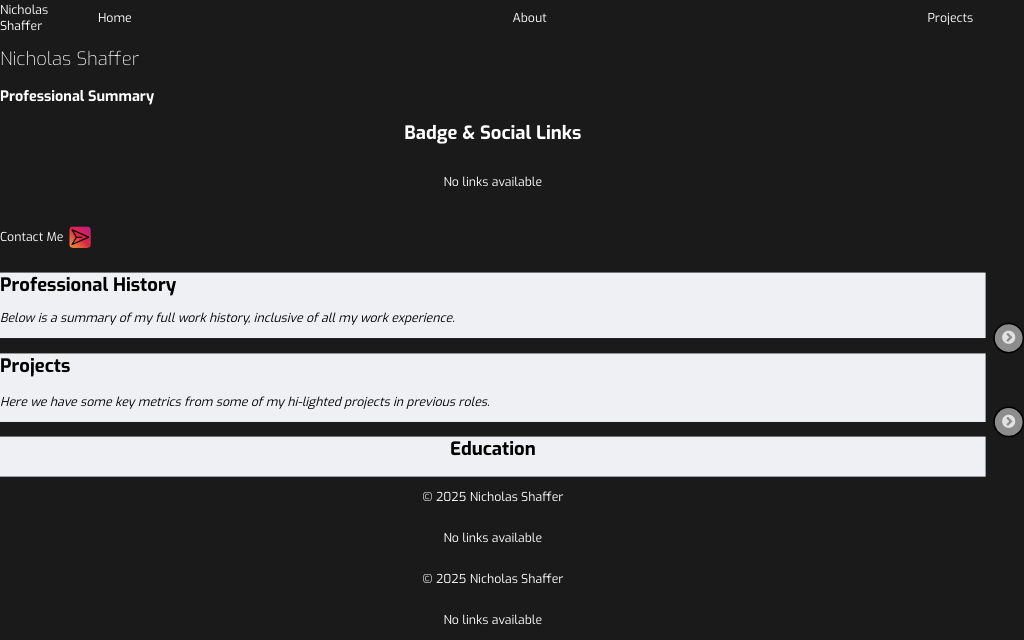
Repository: ShafferNick/nicholas_portfolio
Page: /
These files come from the project's save history. The page is drawn as it stood at one moment and after the next save; the edit follows.
The browser window is 1280 px wide. The page is 1330 px wide, so the pictures cover 1330 px, including what lies to the right of the window. The pictures show the whole page, at 77% of full size.
The page's requests for data from a server got no answer. The project was rebuilt for these pictures with package versions that can differ from the ones it lists, and the page was loaded fresh each time. The framework's server and built-in components were replaced by stand-ins that run in the browser. No one was signed in, and anything a server would have sent is missing. Also part of the build but not shown: next.config.ts, src/app/components/Contact.tsx.

Above is the page before, as saved 2025-03-19 14:08:20.

### src/app/layout.tsx
import './globals.css';
import type { Metadata } from 'next';
import ContactWrapper from './components/ContactWrapper';
import FooterClient from './components/FooterClient';

export const metadata: Metadata = {
  title: 'Create Next App',
  description: 'Generated by create next app',
};

export default function RootLayout({
  children,
}: {
  children: React.ReactNode;
}) {
  return (
    <html lang="en">
      <body>
        <ContactWrapper>
          {children}
          <FooterClient links={[]} />
        </ContactWrapper>
      </body>
    </html>
  );
}

### src/app/page.tsx
import { client } from '@/app/sanityClient';
import Image from 'next/image';
import Hero from './components/Hero';
import Links from './components/Links';
import ProfessionalHistory from './components/ProfessionalHistory';
import Projects from './components/Projects';
import Education from './components/Education';
import ContactMe from './components/ContactMe';
import FooterClient from './components/FooterClient';
import { SanityImageSource } from '@/app/types/sanity-types';

type Job = {
  _id: string;
  title: string;
  dates: { startDate: string; endDate: string | null };
  description: string[];
  location: string;
  companyLogo?: SanityImageSource;
};

type Project = {
  _id: string;
  title: string;
  timeline: { startDate: string; endDate: string | null };
  summary: string;
  description: string[];
};

type Profile = {
  _id: string;
  summary: string;
};

type Link = {
  _id: string;
  title: string;
  url: string;
  icon: string;
};

type EducationEntry = {
  _id: string;
  institution: string;
  major: string;
  gpa: number;
  activities: string[];
  dates: { startDate: string; endDate: string | null };
};

async function getData() {
  try {
    const profile = await client.fetch<Profile[]>(`*[_type == "profile"]`);
    const jobs = await client.fetch<Job[]>(
      `*[_type == "job"] {
        _id,
        title,
        dates,
        description,
        location,
        companyLogo {
          ...,
          asset->
        }
      } | order(dates.startDate desc)`
    );
    const projects = await client.fetch<Project[]>(
      `*[_type == "project"] {
        _id,
        title,
        timeline,
        summary,
        description
      } | order(timeline.startDate desc)`
    );
    const links = await client.fetch<Link[]>(`*[_type == "link"]`);
    const education = await client.fetch<EducationEntry[]>(
      `*[_type == "education"] {
        _id,
        institution,
        major,
        gpa,
        activities,
        dates
      } | order(dates.startDate desc)`
    );
    console.log('Fetched links in getData:', links);
    console.log('Fetched education in getData:', education);
    return { profile: profile[0], jobs, projects, links, education };
  } catch (error) {
    console.error('Error fetching data from Sanity:', error);
    return { profile: { _id: '', summary: '' }, jobs: [], projects: [], links: [], education: [] };
  }
}

export default async function Home() {
  const data = await getData();
  const { profile, jobs, projects, links, education } = data;

  console.log('Links in Home (before rendering):', links);
  console.log('Education in Home (before rendering):', education);

  const safeLinks = Array.isArray(links) ? links : [];

  return (
    <>
      {/* Hero Section */}
      <Hero summary={profile.summary} />

      {/* Badge & Social Links Section */}
      <Links links={safeLinks} />

      {/* Contact Me Section */}
      <ContactMe />

      {/* Professional History Section */}
      <ProfessionalHistory jobs={jobs} />

      {/* Projects Section */}
      <Projects projects={projects} />

      {/* Education Section */}
      <Education education={education} />

      {/* Footer Section */}
      <FooterClient links={safeLinks} />
    </>
  );
}

### src/app/components/ContactWrapper.tsx
'use client';
import React, { useState } from 'react';
import NavbarClient from './NavbarClient';
import ContactMe from './ContactMe';
import Contact from './Contact';

type ContactWrapperProps = {
  children: React.ReactNode;
};

export default function ContactWrapper({ children }: ContactWrapperProps) {
  const [isFormOpen, setIsFormOpen] = useState(false);

  const openForm = () => {
    console.log('Opening form'); // Debug log
    setIsFormOpen(true);
  };

  const closeForm = () => {
    console.log('Closing form'); // Debug log
    setIsFormOpen(false);
  };

  return (
    <>
      <NavbarClient onContactClick={openForm} />
      <ContactMe onContactClick={openForm} />
      {children}
      {isFormOpen && (
        <div className="fixed inset-0 z-50 flex items-center justify-center bg-black bg-opacity-70">
          <div className="relative bg-white p-6 rounded-lg shadow-lg w-full max-w-md mx-4">
            <Contact onClose={closeForm} />
          </div>
        </div>
      )}
    </>
  );
}

### src/app/components/FooterClient.tsx
'use client';
import Links from './Links';

type Link = {
  _id: string;
  title: string;
  url: string;
  icon: string;
};

type FooterClientProps = {
  links?: Link[];
};

export default function FooterClient({ links = [] }: FooterClientProps) {
  console.log('Links in FooterClient:', links); // Debug log
  return (
    <footer className="bg-gray-800 text-white py-6 text-center w-full">
      <div className="flex flex-col items-center gap-4">
        <p>© 2025 Nicholas Shaffer</p>
        <Links links={links} isFooter={true} />
      </div>
    </footer>
  );
}

### src/app/sanityClient.ts
import { createClient } from '@sanity/client';

console.log('Project ID:', process.env.NEXT_PUBLIC_SANITY_PROJECT_ID);
console.log('Dataset:', process.env.NEXT_PUBLIC_SANITY_DATASET);

if (!process.env.NEXT_PUBLIC_SANITY_PROJECT_ID) {
  throw new Error('NEXT_PUBLIC_SANITY_PROJECT_ID is not set. Check .env.local or Vercel env variables.');
}

export const client = createClient({
  projectId: process.env.NEXT_PUBLIC_SANITY_PROJECT_ID,
  dataset: process.env.NEXT_PUBLIC_SANITY_DATASET || 'production',
  apiVersion: '2023-05-03', // Fixed to a valid version
  useCdn: true,
});

### src/app/components/Hero.tsx
import React from 'react';

type HeroProps = {
  summary: string;
};

export default function Hero({ summary }: HeroProps) {
    return (
        <section className="hero-custom-black py-20 md:py-28 text-left animate-slide-in">
            <div className="max-w-4xl mx-auto px-8 md:px-12">
                <h1 className="text-5xl md:text-6xl font-extralight mb-6" style={{ fontWeight: 200 }}>
                    Nicholas Shaffer
                </h1>
                <div className="max-w-2xl mb-8">
                    <h3 className="text-lg md:text-xl font-bold mb-4" style={{ fontWeight: 700 }}>
                        Professional Summary
                    </h3>
                    <p className="text-base md:text-lg leading-relaxed font-extralight" style={{ fontWeight: 200 }}>
                        {summary}
                    </p>
                </div>
            </div>
        </section>
    );
}

### src/app/components/ProfessionalHistory.tsx
'use client';
import React from 'react';
import Slider from 'react-slick';
import Image from 'next/image';
import { urlFor } from '@/app/sanityImageUrl'; // Updated to match subdirectory
import { SanityImageSource } from '@/app/types/sanity-types';

type Job = {
  _id: string;
  title: string;
  dates: { startDate: string; endDate: string | null };
  description: string[];
  location: string;
  companyLogo?: SanityImageSource;
};

type ProfessionalHistoryProps = {
  jobs: Job[];
};

export default function ProfessionalHistory({ jobs }: ProfessionalHistoryProps) {
  const settings = {
    dots: true,
    infinite: true,
    speed: 500,
    slidesToShow: 1,
    slidesToScroll: 1,
    arrows: true,
    responsive: [
      {
        breakpoint: 768,
        settings: {
          slidesToShow: 1,
          slidesToScroll: 1,
          arrows: false,
        },
      },
    ],
  };



  return (
    <section className="professional-history-section py-16 bg-[#EFF0F3] animate-slide-in w-full professional-history-spacing">
      <div className="max-w-4xl mx-auto">
        <h2 className="text-5xl md:text-6xl font-bold text-left pt-8 md:pt-12">Professional History</h2>
        <p className="text-sm italic">Below is a summary of my full work history, inclusive of all my work experience.</p>
        <Slider {...settings}>
          {jobs.map((job) => (
            <div key={job._id} className="px-2">
              <div className="bg-white shadow-lg rounded-lg p-6 flex flex-col min-h-[500px] transition-transform duration-300 hover:shadow-xl">
                <div className="flex-1">
                  <h3 className="text-xl md:text-2xl font-bold mb-2">{job.title}</h3>
                  <p className="mb-2 text-sm italic">
                    {job.dates.startDate} - {job.dates.endDate || 'Present'} | {job.location}
                  </p>
                  <ul className="list-disc list-inside text-sm space-y-2 mb-4">
                    {job.description.map((bullet, index) => (
                      <li key={index}>{bullet}</li>
                    ))}
                  </ul>
                  <div className="flex justify-center mt-auto">
                    {job.companyLogo ? (
                      <Image
                        src={urlFor(job.companyLogo).fit('max').width(200).url()}
                        alt={`${job.title} company logo`}
                        width={200}
                        height={200}
                        unoptimized={true}
                        className="object-contain"
                        style={{ maxHeight: '120px' }}
                      />
                    ) : (
                      <div className="h-32 w-32 bg-gray-300 rounded-lg"></div>
                    )}
                  </div>
                </div>
              </div>
            </div>
          ))}
        </Slider>
      </div>
    </section>
  );
}

### src/app/components/Projects.tsx
'use client';
import React from 'react';
import Slider from 'react-slick';
import Image from 'next/image';
import { urlFor } from '@/app/sanityImageUrl';
import { SanityImageSource } from '@/app/types/sanity-types';

type Project = {
  _id: string;
  title: string;
  timeline: { startDate: string; endDate: string | null };
  summary: string;
  description: string[];
};

type ProjectsProps = {
  projects: Project[];
};

export default function Projects({ projects }: ProjectsProps) {
  const settings = {
    dots: true,
    infinite: true,
    speed: 500,
    slidesToShow: 1,
    slidesToScroll: 1,
    arrows: true,
    responsive: [
      {
        breakpoint: 768,
        settings: {
          slidesToShow: 1,
          slidesToScroll: 1,
          arrows: false,
        },
      },
    ],
  };

  return (
    <section className="projects-section py-16 bg-[#EFF0F3] text-black animate-slide-in w-full">
      <div className="max-w-4xl mx-auto">
              <h2 className="text-5xl md:text-6xl font-bold text-left pt-8 md:pt-12">Projects</h2>
              <p className="text-sm italic">Here we have some key metrics from some of my hi-lighted projects in previous roles.</p>
        <Slider {...settings}>
          {projects.map((project) => (
            <div key={project._id} className="px-2">
              <div className="bg-gray-200 shadow-lg rounded-lg p-6 flex flex-col min-h-[400px] transition-transform duration-300 hover:shadow-xl">
                <div className="flex-1">
                  <h3 className="text-xl md:text-2xl font-medium mb-2">{project.title}</h3>
                  <p className="mb-2 text-sm italic">
                    {project.timeline.startDate} - {project.timeline.endDate || 'Present'}
                  </p>
                  <p className="text-gray-600 mb-4">{project.summary}</p>
                  <ul className="list-disc list-inside text-sm space-y-2 mb-6">
                    {project.description.map((desc, index) => (
                      <li key={index} className="leading-relaxed">
                        {desc}
                      </li>
                    ))}
                  </ul>
                </div>
                <div className="flex justify-center mt-auto">
                  {/* Placeholder for project image - you can add an image field to the schema if desired */}
                  <div className="w-32 h-32 bg-gray-300 rounded-lg"></div>
                </div>
              </div>
            </div>
          ))}
        </Slider>
      </div>
    </section>
  );
}

### src/app/components/Education.tsx
'use client';
import React from 'react';

type EducationEntry = {
  _id: string;
  institution: string;
  major: string;
  gpa: number;
  activities: string[];
  dates: { startDate: string; endDate: string | null };
};

type EducationProps = {
  education: EducationEntry[];
};

export default function Education({ education }: EducationProps) {
  return (
    <section className="education-section py-16 bg-[#EFF0F3] text-black animate-slide-in w-full">
      <div className="max-w-4xl mx-auto">
        <h2 className="text-3xl md:text-4xl font-bold mb-12 text-center">Education</h2>
        <div className="bg-white shadow-lg rounded-lg p-6">
          <div className="grid grid-cols-1 md:grid-cols-2 gap-8">
            {education.map((entry) => (
              <div key={entry._id} className="flex flex-col">
                <h3 className="text-xl md:text-2xl font-bold mb-2">{entry.institution}</h3>
                <p className="mb-2 text-sm italic">
                  {entry.major} | {entry.dates.startDate} - {entry.dates.endDate || 'Present'}
                </p>
                <p className="text-sm mb-2">GPA: {entry.gpa}</p>
                <ul className="list-disc list-inside text-sm space-y-2">
                  {entry.activities.map((activity, index) => (
                    <li key={index} className="leading-relaxed">
                      {activity}
                    </li>
                  ))}
                </ul>
              </div>
            ))}
          </div>
        </div>
      </div>
    </section>
  );
}

### src/app/components/ContactMe.tsx
'use client';
import React from 'react';
import Image from 'next/image';

type ContactMeProps = {
  onContactClick: () => void;
};

export default function ContactMe({ onContactClick }: ContactMeProps) {
  return (
    <section className="contact-section">
      <div className="max-w-4xl mx-auto">
        <div className="contact-me cursor-pointer" onClick={onContactClick}>
          <span>Contact Me</span>
          <Image
            src="/paper-plane-svgrepo-com.svg"
            alt="Contact Icon"
            width={24}
            height={24}
            className="contact-icon"
          />
        </div>
      </div>
    </section>
  );
}

### src/app/components/NavbarClient.tsx
'use client';
import React, { useState } from 'react';
import Link from 'next/link';
import { usePathname } from 'next/navigation';

type NavbarClientProps = {
  onContactClick: () => void;
};

export default function NavbarClient({ onContactClick }: NavbarClientProps) {
  const [isMobileMenuOpen, setIsMobileMenuOpen] = useState(false);
  const pathname = usePathname();

  const navLinks = [
    { name: 'Home', href: '/' },
    { name: 'About', href: '/about' },
    { name: 'Projects', href: '/projects' },
    // Removed Contact link from navbar
  ];

  const toggleMobileMenu = () => {
    setIsMobileMenuOpen(!isMobileMenuOpen);
  };

  return (
    <nav className="bg-[#1A1A1A] text-white p-4 fixed w-full top-0 z-50">
      <div className="max-w-4xl mx-auto flex justify-between items-center">
        <div className="text-lg font-bold">Nicholas Shaffer</div>

        {/* Desktop Menu */}
        <div className="desktop-menu hidden md:flex space-x-4">
          {navLinks.map((link) => (
            <Link
              key={link.name}
              href={link.href}
              className={`nav-link ${pathname === link.href ? 'active-link' : ''}`}
            >
              {link.name}
            </Link>
          ))}
        </div>

        {/* Mobile Menu Toggle */}
        <div className="mobile-menu-toggle md:hidden">
          <button onClick={toggleMobileMenu} aria-label="Toggle mobile menu">
            <span className="block w-6 h-0.5 bg-white mb-1.5"></span>
            <span className="block w-6 h-0.5 bg-white mb-1.5"></span>
            <span className="block w-6 h-0.5 bg-white"></span>
          </button>
        </div>

        {/* Mobile Menu */}
        <div
          className={`mobile-menu md:hidden fixed top-0 right-0 w-3/4 h-full bg-gray-900 p-4 transform transition-transform duration-300 ${
            isMobileMenuOpen ? 'translate-x-0' : 'translate-x-full'
          }`}
        >
          <button
            onClick={toggleMobileMenu}
            className="close-button text-white text-2xl"
            aria-label="Close mobile menu"
          >
            ×
          </button>
          <div className="flex flex-col space-y-4 mt-12">
            {navLinks.map((link) => (
              <Link
                key={link.name}
                href={link.href}
                className={`text-white text-lg ${pathname === link.href ? 'active-link' : ''}`}
                onClick={() => toggleMobileMenu()}
              >
                {link.name}
              </Link>
            ))}
          </div>
        </div>
      </div>
    </nav>
  );
}

### src/app/sanityImageUrl.ts
import imageUrlBuilder from '@sanity/image-url';
import { client } from '@/app/sanityClient';
import { SanityImageSource } from '@/app/types/sanity-types'; // Should resolve to src/types/sanity-types.ts

const builder = imageUrlBuilder(client);

export function urlFor(source: SanityImageSource) {
  return builder.image(source);
}

Loaded but not shown: src/app/globals.css (529 lines, source omitted); src/app/components/Links.tsx (128 lines, source omitted)

After the next save:
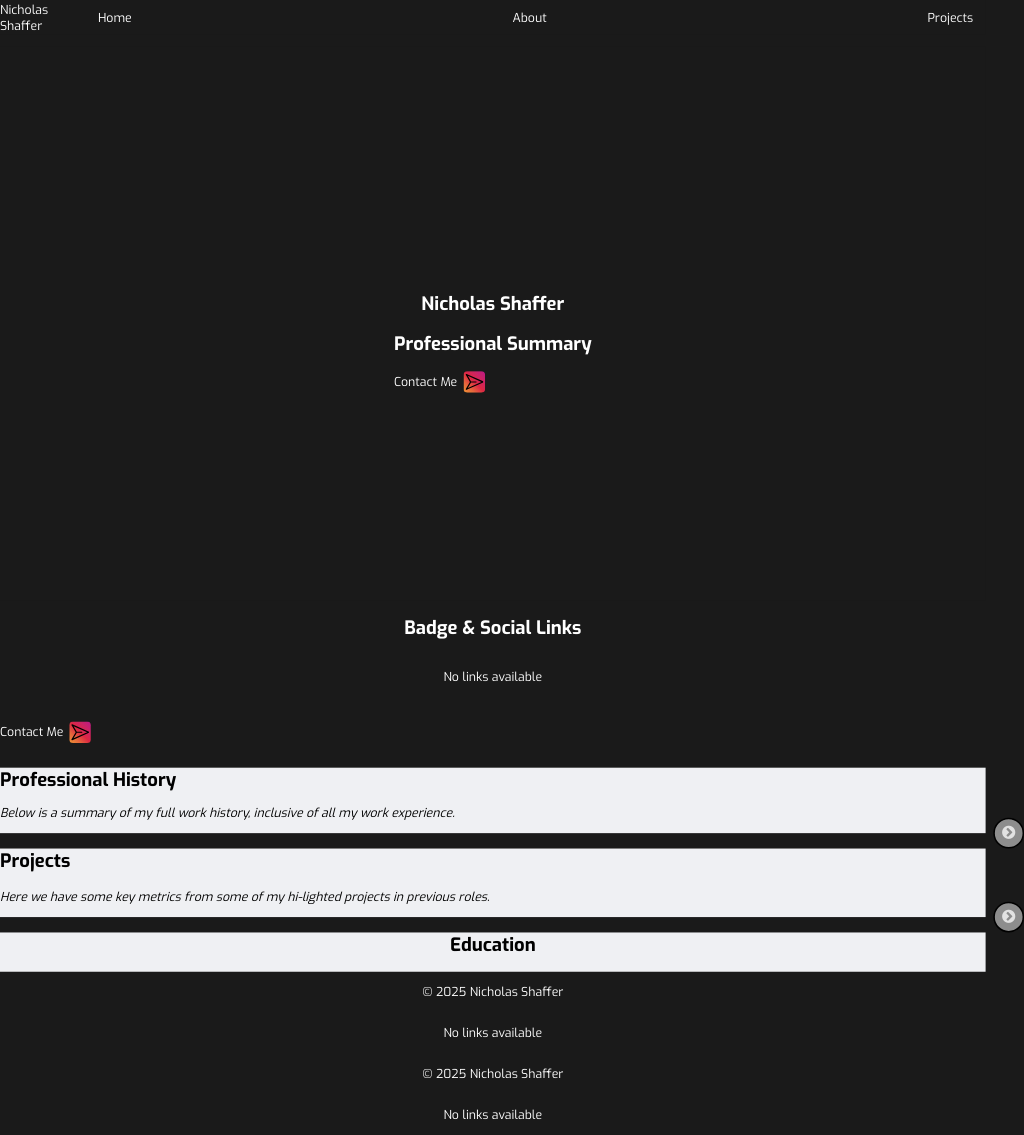
Saved 20 s later.
--- a/src/app/components/Hero.tsx
+++ b/src/app/components/Hero.tsx
@@ -1,25 +1,24 @@
+'use client';
 import React from 'react';
+import ContactMe from './ContactMe';
 
 type HeroProps = {
   summary: string;
+  onContactClick: () => void;
 };
 
-export default function Hero({ summary }: HeroProps) {
-    return (
-        <section className="hero-custom-black py-20 md:py-28 text-left animate-slide-in">
-            <div className="max-w-4xl mx-auto px-8 md:px-12">
-                <h1 className="text-5xl md:text-6xl font-extralight mb-6" style={{ fontWeight: 200 }}>
-                    Nicholas Shaffer
-                </h1>
-                <div className="max-w-2xl mb-8">
-                    <h3 className="text-lg md:text-xl font-bold mb-4" style={{ fontWeight: 700 }}>
-                        Professional Summary
-                    </h3>
-                    <p className="text-base md:text-lg leading-relaxed font-extralight" style={{ fontWeight: 200 }}>
-                        {summary}
-                    </p>
-                </div>
-            </div>
-        </section>
-    );
+export default function Hero({ summary, onContactClick }: HeroProps) {
+  return (
+    <section className="hero-custom-black min-h-screen flex items-center justify-center relative">
+      <div className="max-w-4xl mx-auto text-center">
+        <h1 className="text-5xl md:text-6xl font-bold mb-4">Nicholas Shaffer</h1>
+        <h2 className="text-2xl md:text-3xl mb-6">Professional Summary</h2>
+        <p className="text-lg md:text-xl mb-8">{summary}</p>
+        {/* Contact Me button in the bottom left */}
+        <div className="absolute bottom-8 left-8">
+          <ContactMe onContactClick={onContactClick} />
+        </div>
+      </div>
+    </section>
+  );
 }

After the save that followed:
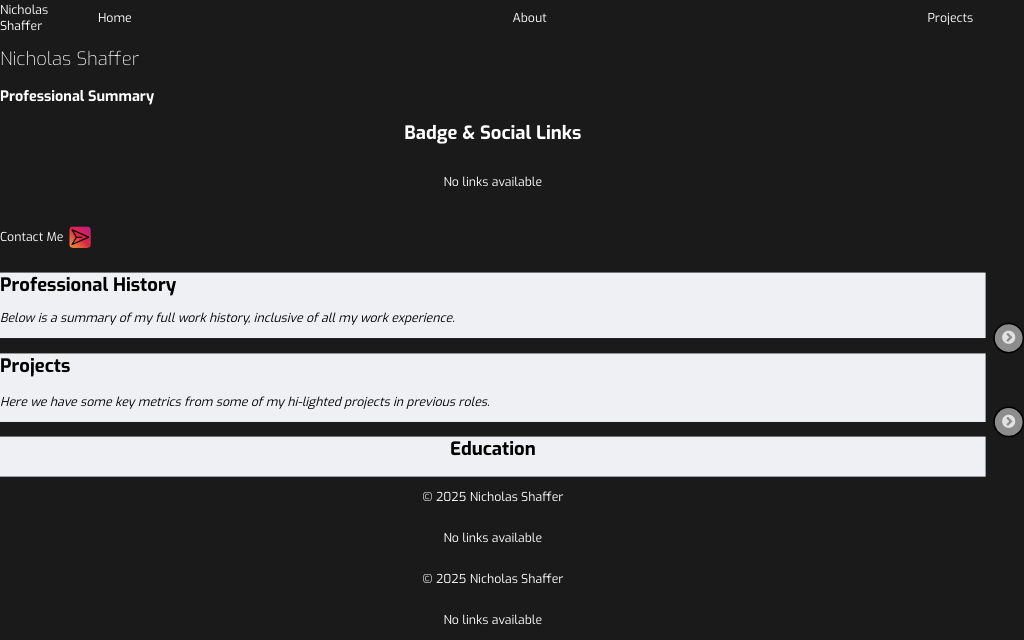
Saved 25 s later.
--- a/src/app/components/Hero.tsx
+++ b/src/app/components/Hero.tsx
@@ -1,24 +1,25 @@
-'use client';
 import React from 'react';
-import ContactMe from './ContactMe';
 
 type HeroProps = {
   summary: string;
-  onContactClick: () => void;
 };
 
-export default function Hero({ summary, onContactClick }: HeroProps) {
-  return (
-    <section className="hero-custom-black min-h-screen flex items-center justify-center relative">
-      <div className="max-w-4xl mx-auto text-center">
-        <h1 className="text-5xl md:text-6xl font-bold mb-4">Nicholas Shaffer</h1>
-        <h2 className="text-2xl md:text-3xl mb-6">Professional Summary</h2>
-        <p className="text-lg md:text-xl mb-8">{summary}</p>
-        {/* Contact Me button in the bottom left */}
-        <div className="absolute bottom-8 left-8">
-          <ContactMe onContactClick={onContactClick} />
-        </div>
-      </div>
-    </section>
-  );
+export default function Hero({ summary }: HeroProps) {
+    return (
+        <section className="hero-custom-black py-20 md:py-28 text-left animate-slide-in">
+            <div className="max-w-4xl mx-auto px-8 md:px-12">
+                <h1 className="text-5xl md:text-6xl font-extralight mb-6" style={{ fontWeight: 200 }}>
+                    Nicholas Shaffer
+                </h1>
+                <div className="max-w-2xl mb-8">
+                    <h3 className="text-lg md:text-xl font-bold mb-4" style={{ fontWeight: 700 }}>
+                        Professional Summary
+                    </h3>
+                    <p className="text-base md:text-lg leading-relaxed font-extralight" style={{ fontWeight: 200 }}>
+                        {summary}
+                    </p>
+                </div>
+            </div>
+        </section>
+    );
 }
